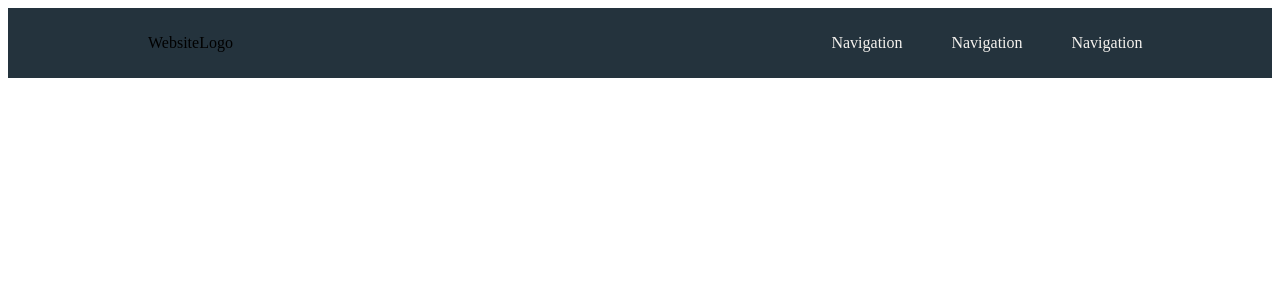
Repository: piotrokrutniak/Projekt-Studia
Page: index.html
The author's editor kept a copy of each file at every save. The page is drawn from the files as they stood at one save, then again after the next save.
The browser window is 1280 px wide. The pictures show the whole page.

Above is the page before, as saved 2023-03-04 03:13:23.

After the next save:
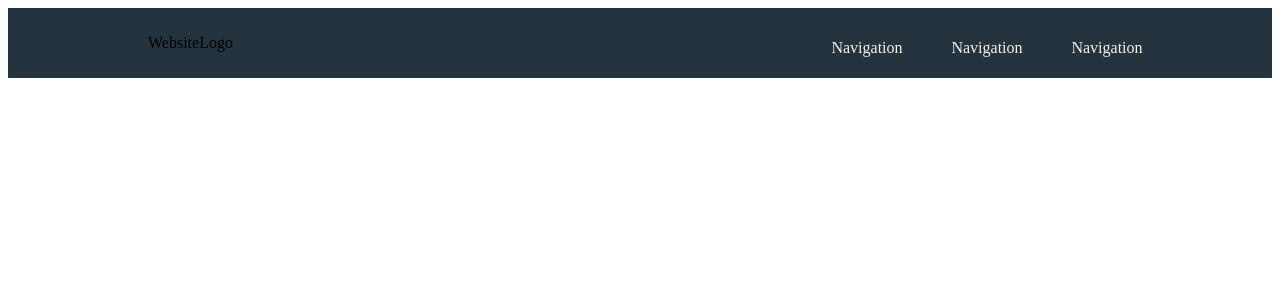
Saved 24 s later.
--- a/styles.css
+++ b/styles.css
@@ -36,7 +36,7 @@ a{
 
 .navigation-link{
     position: relative;
-    height: 49px;
+    height: 59px;
 }
 
 .navigation-link:hover{
